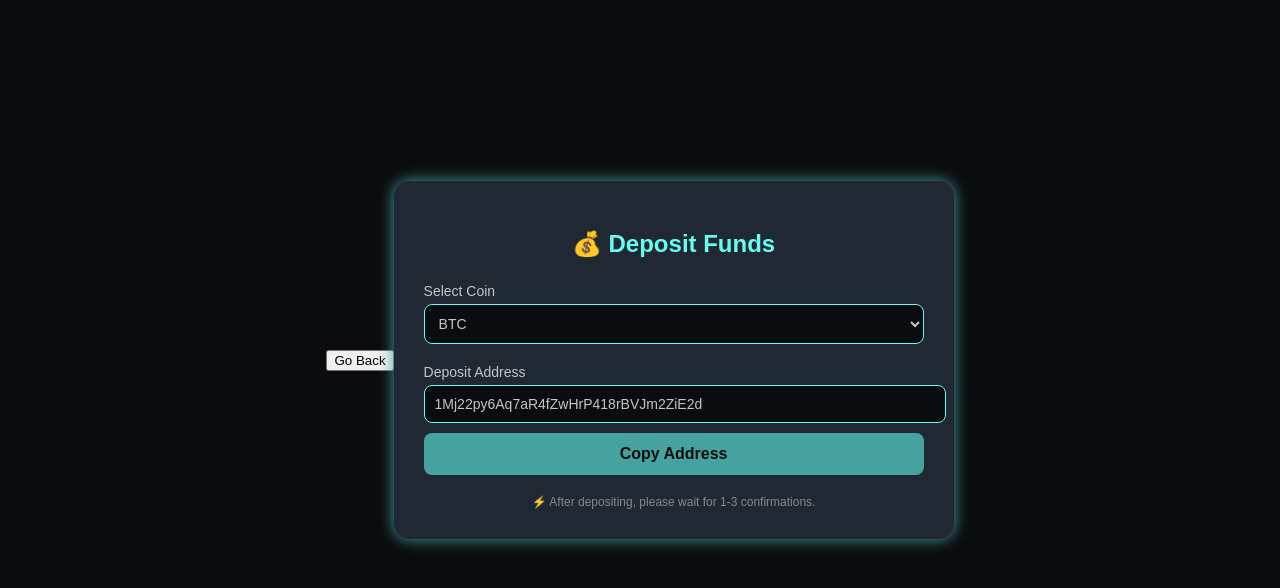
Repository: fredericIT/cypto
Page: http://localhost/account/deposit
An editor plug-in stored every save of this project. The page is shown before and after the next save, followed by the edit.
The browser window is 1280 px wide. The pictures show the whole page.
The page is served by the project's application, run on Flask 3 (app.py). The user the application loads for id 1 is signed in. Other server files are loaded and not shown. The page reads the database file committed with the project.

Above is the page before, as saved 2025-04-26 22:23:51.

### app.py
from flask import Flask, redirect, url_for,send_from_directory
from db import db
from blueprints.auth import auth_bprt
from blueprints.dashboard import dash_bprt
from blueprints.account import account_bprt
from blueprints.trading import trading_bprt
from blueprints.user import user_bprt
from blueprints.admin import admin_bprt
from db.models import *
from flask_migrate import Migrate
from flask_login import LoginManager
import os


app = Flask(__name__)
app.config.from_object("config.Config")
db.init_app(app)
migrate = Migrate(app, db)
login_manager = LoginManager()
login_manager.init_app(app)
login_manager.login_view = "auth.login"
login_manager.login_message = "Login Required to access this resource."
login_manager.login_message_category = "warning"
app.register_blueprint(auth_bprt)
app.register_blueprint(dash_bprt)
app.register_blueprint(account_bprt)
app.register_blueprint(trading_bprt)
app.register_blueprint(user_bprt)
app.register_blueprint(admin_bprt)


@login_manager.user_loader
def load_user(user_id):
    return User.query.get(int(user_id))

@app.route('/')
def home():
    return redirect(url_for('auth.login'))

@app.route('/favicon.ico')
def favicon():
    return send_from_directory(os.path.join(app.root_path, 'static'),
                               'favicon.jpg', mimetype='image/vnd.microsoft.icon')

if __name__ == '__main__':
    with app.app_context():
        db.create_all()
    app.run(debug=True)

### templates/user/deposit.html
<!DOCTYPE html>
<html lang="en">
<head>
    <meta charset="UTF-8">
    <meta name="viewport" content="width=device-width, initial-scale=1.0">
    <title>Deposit - Coin Base</title>
    <link rel="stylesheet" href="{{ url_for('static', filename='css/user/profile_kyc.css') }}">
</head>
<body>
    <button type="button" onclick="javascript:self.history.back()" style="float: left;" class="btn">Go Back</button>
    <div class="container">
        <h2>💰 Deposit Funds</h2>

        <form id="deposit-form">
            <div class="form-group">
                <label for="coin">Select Coin</label>

                <select id="coin" name="coin" required onchange="updateAddress()">
                    {% for coin in addresses %}
                    <option value="{{coin.get('coin')}}" data-address="{{coin.get('address')}}">{{coin.get('coin')}}</option>
                    {%endfor%}

                </select>

            </div>



            <div class="form-group">
                <label for="address">Deposit Address</label>
                    <input type="text" id="address" name="address" readonly>
                    <button type="button" class="submit-btn" onclick="copyAddress()">Copy Address</button>
            </div>

        </form>

        <div class="note">
            ⚡ After depositing, please wait for 1-3 confirmations.
        </div>
    </div>

    <script>


        function updateAddress() {
            const coin = document.getElementById('coin').value;
            const addressField = document.getElementById('address');
            addressField.value = document.querySelector(`#coin option[value="${coin}"]`).dataset.address;
        }

        function copyAddress() {
            const addressField = document.getElementById('address');
            navigator.clipboard.writeText(addressField.value)
                .then(() => alert('✅ Address copied to clipboard!'))
                .catch(err => alert('❌ Failed to copy address.'));
        }

        // Initialize address on page load
        window.onload = updateAddress;
    </script>
</body>
</html>

### blueprints/account.py
from flask import Blueprint, redirect,url_for,render_template, request, session, flash

from flask_login import login_required,current_user
from app_types import Coins
from db.models import User,Account,BNBWallet,BTCWallet,USDTWallet, ETHWallet,Transaction
from datetime import  datetime
from db import db
from flask_login import current_user
from error_handler.db import handle_sqlalchemy_error
from decimal import Decimal
from sqlalchemy import or_
account_bprt= Blueprint("account",__name__, url_prefix="/account")


@account_bprt.route('/deposit')
@login_required
def deposit():
    btc= BTCWallet.query.filter_by(user_id=current_user.id).first()
    eth= ETHWallet.query.filter_by(user_id=current_user.id).first()
    usdt= USDTWallet.query.filter_by(user_id=current_user.id).first()
    bnb= BNBWallet.query.filter_by(user_id=current_user.id).first()

    session.pop('_flashes', None)
    return render_template('user/deposit.html', addresses=[
        {'coin': 'BTC', 'address': btc.deposit if btc else None},
        {'coin': 'ETH', 'address': eth.deposit if eth else None},
        {'coin': 'USDT', 'address': usdt.deposit if usdt else None},
        {'coin': 'BNB', 'address': bnb.deposit if bnb else None}
    ])

@account_bprt.route('/withdraw', methods=['GET', 'POST'])
@login_required
@handle_sqlalchemy_error('account.withdraw')
def withdraw():
    session.pop('_flashes', None)
    if request.method == 'POST':
        try:

            withdraw_address = request.form['withdraw_address'].strip()
            coin = request.form['coin']
            amount = Decimal(request.form['amount'])
            withdraw_password = request.form['withdraw_password'].strip()

            coin_enum = Coins(coin)


            wallet_models = {
                Coins.BTC: (BTCWallet, 'BTC'),
                Coins.ETH: (ETHWallet, 'ETH'),
                Coins.BNB: (BNBWallet, 'BNB'),
                Coins.USDT: (USDTWallet, 'USDT')
            }
            WalletModel, coin_attr = wallet_models[coin_enum]


            sender_balance = Decimal(str(getattr(current_user.account, coin_attr, 0)))
            if sender_balance < amount:
                flash(f'Insufficient {coin_enum.value} balance', 'danger')
                return redirect(url_for('account.withdraw'))

            if withdraw_password != current_user.withdraw_password:
                flash('Invalid withdrawal password', 'danger')
                return redirect(url_for('account.withdraw'))

            receiver_wallet = WalletModel.query.filter_by(deposit=withdraw_address).first()
            if receiver_wallet.user.id==current_user.id:
                flash('You can\'t send  crypto to yourself', 'danger')
                return redirect(url_for('account.withdraw'))

            if not receiver_wallet:
                flash('Receiver wallet not found', 'danger')
                return redirect(url_for('account.withdraw'))

            receiver_user = receiver_wallet.user

            try:
                setattr(current_user.account, coin_attr, sender_balance - amount)

                receiver_account = receiver_user.account
                receiver_balance = Decimal(str(getattr(receiver_account, coin_attr, 0)))
                setattr(receiver_account, coin_attr, receiver_balance + amount)

                transaction = Transaction(
                    sender_id=current_user.id,
                    receiver_id=receiver_user.id,
                    amount=amount,
                    coin=coin_enum,
                    status='completed',
                    completed_at=datetime.utcnow()
                )
                db.session.add(transaction)

                db.session.commit()

                flash(f'Successfully sent {amount} {coin_enum.value}! Transaction ID: {transaction.id}', 'success')
                return redirect(url_for('account.withdraw'))

            except Exception as e:
                db.session.rollback()
                flash(f'Transfer failed: {str(e)}', 'danger')
                return redirect(url_for('account.withdraw'))

        except ValueError as e:
            flash(f'Invalid input: {str(e)}', 'danger')
            return redirect(url_for('account.withdraw'))

    return render_template('user/withdraw.html', coins=Coins)


@account_bprt.route('/transactions')
@login_required
def transactions():
    session.pop('_flashes', None)
    page = request.args.get('page', 1, type=int)
    per_page = 10  # Transactions per page

    # Query both sent and received transactions
    user_transactions = Transaction.query.filter(
        or_(
            Transaction.sender_id == current_user.id,
            Transaction.receiver_id == current_user.id
        )
    ).order_by(
        Transaction.created_at.desc()
    ).paginate(page=page, per_page=per_page, error_out=False)


    formatted_transactions = []
    for tx in user_transactions.items:

        if tx.sender_id == current_user.id:
            tx_type = "Withdrawal"
            counterparty = tx.receiver.full_name if tx.receiver else "External"
        else:
            tx_type = "Deposit"
            counterparty = tx.sender.full_name if tx.sender else "External"

        formatted_transactions.append({
            "id": tx.id,
            "type": tx_type,
            "coin": tx.coin.value,  #
            "amount": format(tx.amount, '.8f').rstrip('0').rstrip('.') if '.' in format(tx.amount, '.8f') else format(tx.amount, '.8f'),
            "counterparty": counterparty,
            "status": tx.status.capitalize(),
            "date": tx.created_at.strftime("%Y-%m-%d %H:%M"),
            "tx_hash": tx.tx_hash,
            "is_incoming": tx.receiver_id == current_user.id
        })

    return render_template(
        'user/transaction_history.html',
        transactions=formatted_transactions,
        pagination=user_transactions
    )

### static/css/user/profile_kyc.css

body {
    background-color: #0b0c10;
    color: #c5c6c7;
    font-family: 'Orbitron', sans-serif;
    margin: 0;
    padding: 0;
    min-height: 100vh;
    display: flex;
    justify-content: center;
    align-items: center;
}

.container {
    background-color: #1f2833;
    padding: 30px;
    border-radius: 15px;
    box-shadow: 0px 0px 15px #45a29e;
    width: 90%;
    max-width: 500px;
}

.container h2 {
    text-align: center;
    color: #66fcf1;
    margin-bottom: 25px;
}

.form-group {
    margin-bottom: 20px;
}

.form-group label {
    display: block;
    color: #c5c6c7;
    font-size: 14px;
    margin-bottom: 5px;
}

.form-group input, .form-group select {
    width: 100%;
    padding: 10px;
    background-color: #0b0c10;
    border: 1px solid #66fcf1;
    border-radius: 8px;
    color: #c5c6c7;
    font-size: 14px;
}

.submit-btn {
    width: 100%;
    background-color: #45a29e;
    color: #0b0c10;
    border: none;
    padding: 12px;
    border-radius: 8px;
    font-weight: bold;
    font-size: 16px;
    margin-top: 10px;
    cursor: pointer;
    transition: background 0.3s;
}

.submit-btn:hover {
    background-color: #66fcf1;
}

.note {
    font-size: 12px;
    color: #888;
    text-align: center;
    margin-top: 10px;
}

input[type="file"] {
    padding: 10px;
}
.flash-messages {
    margin-bottom: 20px;
}

.flash {
    padding: 12px;
    border-radius: 8px;
    margin-bottom: 10px;
    text-align: center;
    font-weight: bold;
}

.flash.success {
    background-color: #45a29e;
    color: #0b0c10;
}

.transaction-table {
    width: 100%;
    border-collapse: collapse;
    margin-top: 20px;
}

.transaction-table th, .transaction-table td {
    padding: 12px;
    text-align: center;
    border-bottom: 1px solid #444;
}

.transaction-table th {
    background-color: #222;
    color: #00ff99;
    font-weight: bold;
}

.transaction-table tr:hover {
    background-color: #333;
}
.notification-list {
    list-style: none;
    padding: 0;
    margin-top: 20px;
}

.notification-item {
    background-color: #222;
    margin-bottom: 10px;
    padding: 15px;
    border-radius: 10px;
    border-left: 5px solid #00ff99;
}

.notification-item.success {
    border-color: #28a745;
}

.notification-item.info {
    border-color: #17a2b8;
}

### instance/crypto.db (the tables this page reads, as SQL)
CREATE TABLE bnb_wallets (
	id INTEGER NOT NULL, 
	user_id INTEGER NOT NULL, 
	deposit VARCHAR(255) NOT NULL, 
	withdraw VARCHAR(255) NOT NULL, 
	deposit_key VARCHAR(255) NOT NULL, 
	withdraw_key VARCHAR(255) NOT NULL, 
	created_at DATETIME, 
	PRIMARY KEY (id), 
	UNIQUE (user_id), 
	FOREIGN KEY(user_id) REFERENCES users (id)
);
INSERT INTO "bnb_wallets" VALUES
(1, 1, 'bnb116dBQGnnhRbhTy5LAhAqUuWSRxr83wjUgj', 'bnb11ABgAxAr4eoVz91RhSSVJzJ2jcu3F3Hmyj', 'ab960b0302360e2ca093b64e44bfb47e77f153f90c2347ac82a7897f6fd6da78', '4b3ab96e7dce0ff3f1045fc847b1eae49ca715de5ca4a28ab51bc7e799ef14ef', '2025-04-19 11:22:07.639461'),
(2, 2, 'bnb11AxYLMGeQomE7tTmWGnEAAA1q6uVcyRJVJ', 'bnb11FGj8tL5jwuGfKEUpw9fQK8ZjeBvPGUeMC', '047172b3be850700446e55ecdc531e2098ccfd83e49b9a3fab4d4b9c2697d921', 'b0da84e563e6710fffb4120b929c3431536a51f4e52c5c9d5bb84e57e8005b70', '2025-04-19 11:27:35.764179'),
(3, 3, 'bnb116wVAh23a4xLdcRDjisHgDmAWPo6XDJSJa', 'bnb11NwqapqYpiCztb4UyAELH7GkbnqCzeunmJ', 'df8bd8314a6cb993eb38ddb943d5a14eb3612f37af2cd6be22eb5f678f1516a9', '7b77f0d3065c3779f09364d3525c56ae28d7a7698a24d534bca129f7b04ee6a3', '2025-04-19 12:39:34.327844'),
(4, 4, 'bnb114qTZxZ1VyWHXNG6B375dRc8yX6DBDf2fy', 'bnb11NUXsghnLQ5iiUbQnAqPohXYVrium9oTVn', 'a9de4e064f85930d7126b5365354f1adf40b44ddd943ef214692bd1e514a079d', '88259abce422ecd497592955bf8fa20452e7ca6874b86d18647fa681ee8f0ac8', '2025-04-19 12:57:32.801243');

CREATE TABLE btc_wallets (
	id INTEGER NOT NULL, 
	user_id INTEGER NOT NULL, 
	deposit VARCHAR(255) NOT NULL, 
	withdraw VARCHAR(255) NOT NULL, 
	deposit_key VARCHAR(255) NOT NULL, 
	withdraw_key VARCHAR(255) NOT NULL, 
	created_at DATETIME, 
	PRIMARY KEY (id), 
	UNIQUE (user_id), 
	FOREIGN KEY(user_id) REFERENCES users (id)
);
INSERT INTO "btc_wallets" VALUES
(1, 1, '1Mj22py6Aq7aR4fZwHrP418rBVJm2ZiE2d', '127xoB6pkY3MU3gd2a3umTZNsgsoh8TnuG', '94570967fc6ce13e30f8d894999da2f8e69b100bba52cb2a43505760c92f3658', '6622d6c6b88d826cd72fc6a4e94a44e4c8882543f1b23053be6af585f9a5e709', '2025-04-19 11:22:07.640462'),
(2, 2, '1G4WX2XpPSVfXKoDZhv1zUHzDpJY51mazX', '18eFPL6zPG2PqCLzs1ddWcDHakv1so3zHr', '028a24bddd6fd2e4dbd0a92859475a6f60c6785f4aac6d4907cb04039629e5e4', 'd206547d998e77d4582988944582aa2b56e531075294179c5f46f8e3f4b3a758', '2025-04-19 11:27:35.766180'),
(3, 3, '1C6z5aebKuGAhNZ3CzEUYq3JNBDjjVCHMF', '1LdxBEWjhd3U9LHcam1P2x7svBxiWrH7GX', 'd043db634a52cedc7f01be98a1b73e9eb1ba008d184ac78a8ff907cb247e5822', 'cbde276d5f7859456ba7ed82ec58991578a44ea072b3288a4b4a4a9493024691', '2025-04-19 12:39:34.332824'),
(4, 4, '132vXF4v5rk1T3R44z9MyDo3ykDpuSKz5u', '13A1uGgow3yFYSehpaVoRsRNW3ic8aKYgY', '67a55fd3d234ea0833f3a36978ef8cf08679492ec6e06ed0f49bd631dce9e706', '8f2165e2db97fd687a2fc36a51e4048d29e0d30cfdfe167283101e2b5cb175f3', '2025-04-19 12:57:32.801243');

CREATE TABLE eth_wallets (
	id INTEGER NOT NULL, 
	user_id INTEGER NOT NULL, 
	deposit VARCHAR(255) NOT NULL, 
	withdraw VARCHAR(255) NOT NULL, 
	deposit_key VARCHAR(255) NOT NULL, 
	withdraw_key VARCHAR(255) NOT NULL, 
	created_at DATETIME, 
	PRIMARY KEY (id), 
	UNIQUE (user_id), 
	FOREIGN KEY(user_id) REFERENCES users (id)
);
INSERT INTO "eth_wallets" VALUES
(1, 1, '0xdF0367488FA4498D1405C64Fe161d394FDA479B8', '0x4277E71c424Bd4DcCB19D888C46a0A8B912154b5', 'e463e2cadb04beb527d3955ba49b417a84cca83b140f59f6463fb1622be9e62a', '1ab3e9d31d3c6fb861de631a0f36cf452cd3d648cd0384c62d6fa88e29e2f0f1', '2025-04-19 11:22:07.640462'),
(2, 2, '0x79Cb0E570e7F7769b125e58Af2FeBAC41004d116', '0x31f8FA37c417346FF2add2f1282356B5bd4050cB', '99c5366ba709db1f0d309b3d322b00f7f4b77f5281051a996aa7a4a96575e9f9', '2d694008f351ba36278c1ca5b5914fdc0f2d2b39314d3675cb1a168dec97831b', '2025-04-19 11:27:35.768177'),
(3, 3, '0x7c14Fad3e5e62394a231C6B37842a067b0d3B2b8', '0xFfaaA76DadAd2D8286C462b850287Ac3DC709478', 'ed318f00c17a0230373073bfd841a8141592c3ed67685143cc087d21de7ffcef', 'a7e7749b8a8ca82e342f2d5ba6b3a64259527a5ec433538b8119de01283355c8', '2025-04-19 12:39:34.336210'),
(4, 4, '0x6a02f95a638C18e67D8210E15d11e7e109D79661', '0xf0eb35411CAc0c9c56fBc0925F12BE26227A38C9', '996d371dbc94615ecfb091b19e4efc5cbb85a922a508b7bb232cca81e9ceb424', '37a44b574fada0b54a2f85a7ce0717740c6924526cea681812932358f113d074', '2025-04-19 12:57:32.802244');

CREATE TABLE usdt_wallets (
	id INTEGER NOT NULL, 
	user_id INTEGER NOT NULL, 
	deposit VARCHAR(255) NOT NULL, 
	withdraw VARCHAR(255) NOT NULL, 
	deposit_key VARCHAR(255) NOT NULL, 
	withdraw_key VARCHAR(255) NOT NULL, 
	created_at DATETIME, 
	network VARCHAR(50) NOT NULL, 
	PRIMARY KEY (id), 
	UNIQUE (user_id), 
	FOREIGN KEY(user_id) REFERENCES users (id)
);
INSERT INTO "usdt_wallets" VALUES
(1, 1, 'TxfRrHjprCM7PmoSubqcrQYhdbGSv8Bee', 'TM3xW2gmXy67JYuGJcG3wHRK3gQdphp49W', '1e60acabef27958266eb3e4c7943e40c6c58108a60f36a14ec4ea1d9f5a7a223', '8988baf6a0e806ba6182bf12693f9473330095cb2e61718b4bd29773f3484efd', '2025-04-19 11:22:07.641462', 'TRC20'),
(2, 2, 'T9ichuWqLeehpDW1HzjwySvQr87YjNgzFe', 'TNUK3nM3w6bWcnepHC7TGkLdRe2Y9rJXvu', 'c4f716a6489fc2a05ca7e6bf716e2dda8b9336f0bf79e96e682814d31310b7ae', '5b945a314c9cbb14e3688f2dce0d1107b5eb7cbe1bdc82bd1f1c98156eef6902', '2025-04-19 11:27:35.770173', 'TRC20'),
(3, 3, 'T9krCD31ppaH4b6q82t5NmC2DM8YqC2pB', 'TCvhidueZb5Wv6L9bnY8mxi2avBynkL5Vx', 'e9af5d3f01e4e9e1efbfd45adf63d9232eb6ed638d236fceb5547ac3d115176f', '6c3cd66c5445a7a636bb647d9a6d84cbea01c140fe8fb5f99c90a7c53e5a0bb7', '2025-04-19 12:39:34.338216', 'TRC20'),
(4, 4, 'TGY95txzyC5HXRGgmUg6BVn26fMMEB3txN', 'T5GwkEgyrkdb69kVcoagZUKvmhhTdAzZkw', '5ebef804ea5f907f27f399074754d5b0d6981e20715dd87e5ad0fce2e7eb8682', '5dcf5c6aeea5c79937b5eb497ceaef8899a61082993251c658ae68dc4ff54376', '2025-04-19 12:57:32.803245', 'TRC20');

CREATE TABLE users (
	id INTEGER NOT NULL, 
	full_name VARCHAR(255) NOT NULL, 
	email VARCHAR(255) NOT NULL, 
	password VARCHAR(255) NOT NULL, 
	withdraw_password VARCHAR(255) NOT NULL, 
	role VARCHAR(5) NOT NULL, 
	created_at DATETIME, 
	updated_at DATETIME, 
	PRIMARY KEY (id), 
	UNIQUE (email)
);
INSERT INTO "users" VALUES
(1, 'IMPANO MANZI Enock', 'impano@gmail.com', '$2b$12$dsxef/yKv1Y3ThXO8k0/auWa1an.eT/jdmWgg/BMq/1WrfeaMOs8a', 'password', 'USER', '2025-04-19 11:22:07.609504', '2025-04-19 11:22:07.609504'),
(2, 'IMPANO MANZI Enock', 'impanomanzienock@gmail.com', '$2b$12$LNk7kyQumZQot6g9v9kQSuC6C1VI/hup4Imqkn4eO62GUQLevlJE6', 'password', 'USER', '2025-04-19 11:27:35.693135', '2025-04-19 11:27:35.693135'),
(3, 'IMPANO MANZI Enock', 'impanodeveloper@proton.me', '$2b$12$fbfIvc0M9otsboA4sX65PeLFmyP6qRQaXx3gmTw8d5fgNe.L/wlTK', 'password', 'USER', '2025-04-19 12:39:34.203570', '2025-04-19 12:39:34.203570'),
(4, 'Manzi Enock', 'manzienock@gmail.com', '$2b$12$JwN4pu1grxZlwU/PoPNeTe4r/yXaO4t9Org1rTGTxsft21C7VSpBi', 'password', 'USER', '2025-04-19 12:57:32.763187', '2025-04-19 12:57:32.763187');

After the next save:
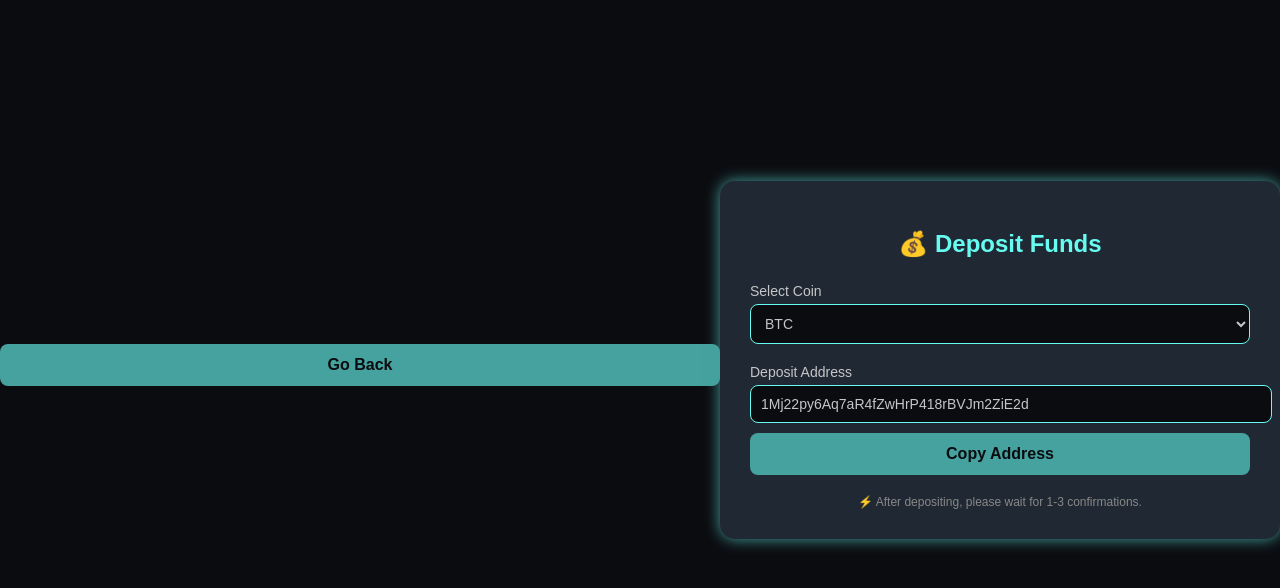
Saved 43 s later.
--- a/templates/user/deposit.html
+++ b/templates/user/deposit.html
@@ -7,7 +7,7 @@
     <link rel="stylesheet" href="{{ url_for('static', filename='css/user/profile_kyc.css') }}">
 </head>
 <body>
-    <button type="button" onclick="javascript:self.history.back()" style="float: left;" class="btn">Go Back</button>
+    <button type="button" onclick="javascript:self.history.back()" style="float: left;" class="submit-btn">Go Back</button>
     <div class="container">
         <h2>💰 Deposit Funds</h2>
 
